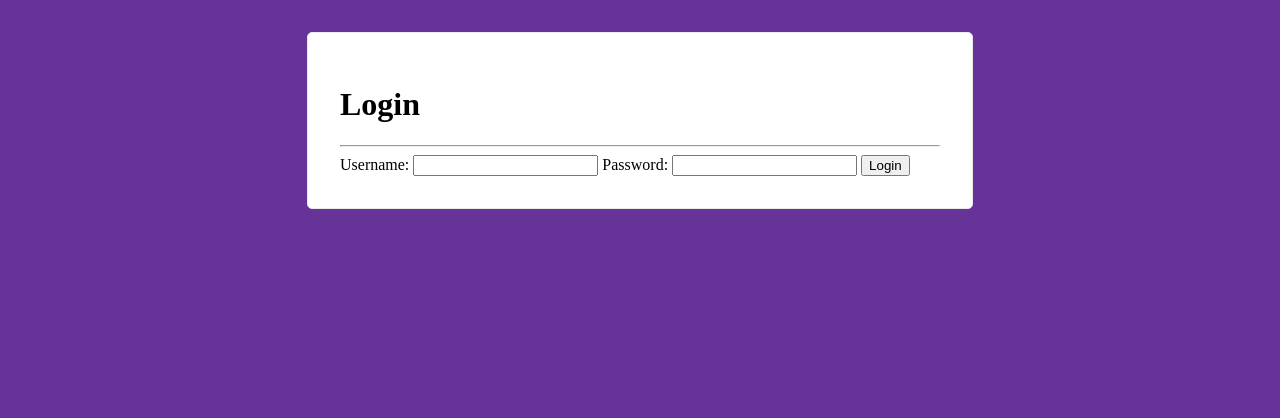
Repository: Ndifoinhilary/authentication
Page: http://localhost/auth/login/
The author's editor kept a copy of each file at every save. The page is drawn from the files as they stood at one save, then again after the next save.
The browser window is 1280 px wide. The pictures show the whole page.
The page is served by the project's application, run on Django 3.2 (manage.py).

Above is the page before, as saved 2024-01-05 15:43:58.

After the next save:
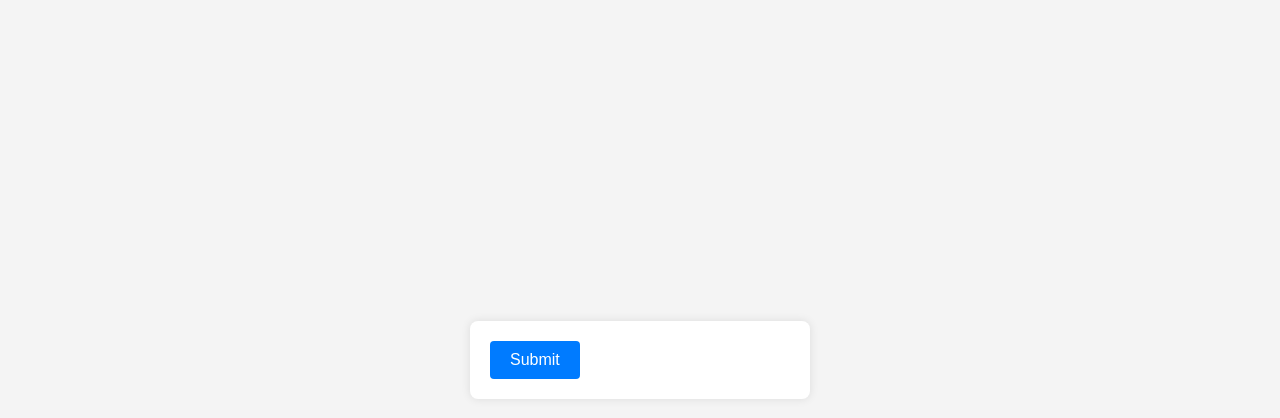
Saved 2 min 58 s later.
--- a/Auth/templates/login.html
+++ b/Auth/templates/login.html
@@ -1,34 +1,72 @@
-{% load static %}
 <!DOCTYPE html>
-<html>
+<html lang="en">
 
 <head>
-    <meta charset='utf-8'>
-    <meta http-equiv='X-UA-Compatible' content='IE=edge'>
-    <title>Login page</title>
-    <meta name='viewport' content='width=device-width, initial-scale=1'>
+    <meta charset="UTF-8">
+    <meta name="viewport" content="width=device-width, initial-scale=1.0">
+    <style>
+        body {
+            font-family: 'Arial', sans-serif;
+            background-color: #f4f4f4;
+            margin: 0;
+            padding: 0;
+            display: flex;
+            justify-content: center;
+            align-items: center;
+            height: 100vh;
+        }
 
-    <link rel='stylesheet' type='text/css' media='screen' href="{% static 'css/main.css' %}">
+        form {
+            background-color: #fff;
+            padding: 20px;
+            border-radius: 8px;
+            box-shadow: 0 0 10px rgba(0, 0, 0, 0.1);
+            width: 300px;
+        }
 
+        .input {
+            margin-bottom: 20px;
+        }
+
+        .label {
+            display: block;
+            margin-bottom: 5px;
+            font-weight: bold;
+        }
+
+        .form-control {
+            width: 100%;
+            padding: 8px;
+            border: 1px solid #ccc;
+            border-radius: 4px;
+            box-sizing: border-box;
+        }
+
+        .mb-4 {
+            margin-bottom: 16px;
+        }
+
+        .btn {
+            background-color: #007bff;
+            color: #fff;
+            padding: 10px 20px;
+            border: none;
+            border-radius: 4px;
+            cursor: pointer;
+            font-size: 16px;
+        }
+
+        .btn:hover {
+            background-color: #0056b3;
+        }
+    </style>
 </head>
 
 <body>
-
-    <div id="form-wrapper">
-        <h1>Login</h1>
-        <hr>
-
-        <form id="login-form">
-            <label>Username:</label>
-            <input type="text" name="username" />
-
-            <label>Password:</label>
-            <input type="password" name="password" />
-
-            <input type="submit" value="Login" />
-        </form>
-    </div>
-
+    <form action="{% url 'register'  %}" class="form-border" method="POST">
+        {% csrf_token %}
+        <button type="submit" class="btn">Submit</button>
+    </form>
 </body>
 
 </html>
